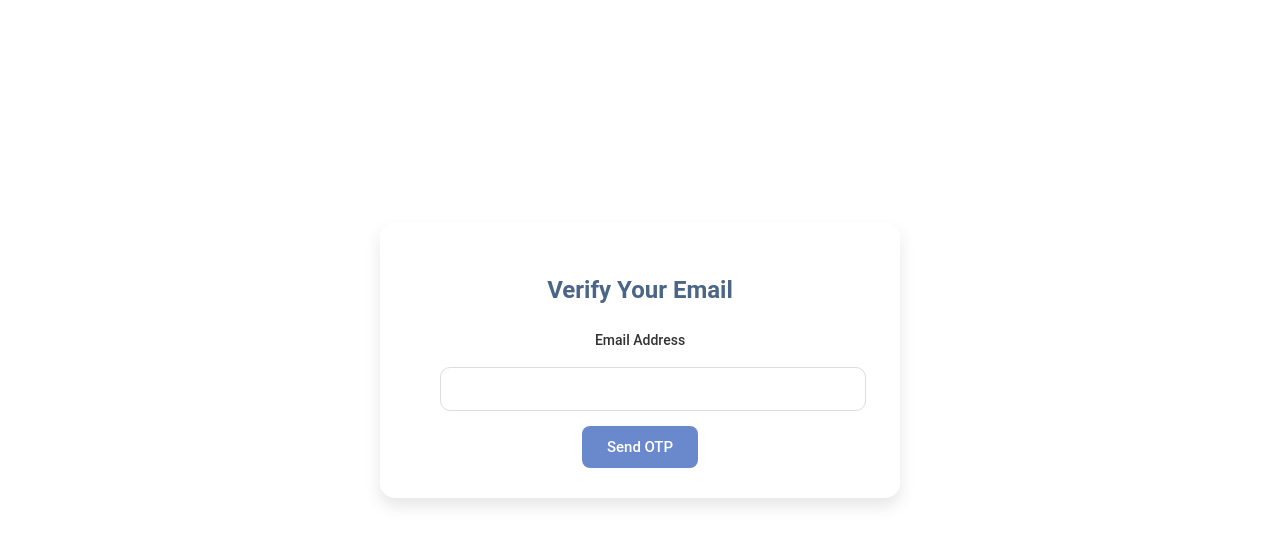
Repository: sarathraj2002/MockTest
Page: / (app in Frontend/)
These files come from the project's save history. The page is drawn as it stood at one moment and after the next save; the edit follows.
The browser window is 1280 px wide. The pictures show the whole page.
The project was rebuilt for these pictures with package versions that can differ from the ones it lists, and the page was loaded fresh each time. Also part of the build but not shown: Frontend/vite.config.js.

Above is the page before, as saved 2024-11-13 13:41:55.

### Frontend/index.html
<!doctype html>
<html lang="en">
  <head>
    <meta charset="UTF-8" />
    <link rel="icon" type="image/svg+xml" href="/vite.svg" />
    <meta name="viewport" content="width=device-width, initial-scale=1.0" />
    <title>MockTest</title>
  </head>
  <body>
    <div id="root"></div>
    <script type="module" src="/src/main.jsx"></script>
  </body>
</html>

### Frontend/src/App.jsx
import { useState } from 'react'
import './App.css'
import Otp from './components/Otp'

function App() {
  const [count, setCount] = useState(0)

  return (
    <>
      <Otp/>
    </>
  )
}

export default App

### Frontend/src/components/Otp.jsx
import React, { useState } from "react";
import axios from "axios";

// const Otp = () => {
//   const [step, setStep] = useState(1);
//   const [email, setEmail] = useState("");
//   const [otp, setOtp] = useState("");

//   const handleEmailSubmit = async (e) => {
//     e.preventDefault();
//     try {
//       const response = await axios.post("http://localhost:5000/api/send-otp", { email });
//       if (response.status === 200) {
//         alert("OTP sent to your email!");
//         setStep(2);
//       }
//     } catch (error) {
//       alert("Error sending OTP. Please try again.");
//     }
//   };

//   const handleOtpSubmit = async (e) => {
//     e.preventDefault();
//     try {
//       const response = await axios.post("http://localhost:5000/api/verify-otp", { email, otp });
//       if (response.data.success) {
//         alert("OTP verified! Redirecting to Welcome page...");
//         setStep(3);
//       } else {
//         alert("Invalid OTP. Please try again.");
//       }
//     } catch (error) {
//       alert("Error verifying OTP. Please try again.");
//     }
//   };



function Otp() {
    const [email, setEmail] = useState('');
    const [otp, setOtp] = useState('');
    const [step, setStep] = useState(1); // 1: Request OTP, 2: Verify OTP
    const [message, setMessage] = useState('');

    const requestOtp = async () => {
      try {
        const response = await axios.post('http://localhost:3000/api/send-otp', { email });
        setMessage(response.data.message);
        setStep(2);
      } catch (error) {
        setMessage(error.response?.data?.message || 'Error sending OTP');
      }
    };

    const verifyOtp = async () => {
      try {
        const response = await axios.post('http://localhost:3000/api/verify-otp', { email, otp });
        setMessage(response.data.message);
      } catch (error) {
        setMessage(error.response?.data?.message || 'Error verifying OTP');
      }
    };


  return (
    <div
      style={{
        maxWidth: "400px",
        margin: "auto",
        padding: "30px 60px",
        textAlign: "center",
        fontFamily: "'Roboto', sans-serif",
        background: "",
        borderRadius: "15px",
        boxShadow: "0 8px 16px rgba(0, 0, 0, 0.1)",
        color: "#333",
      }}
    >
      {step === 1 && (
        <form onClick={requestOtp}>
          <h2 style={{ marginBottom: "20px", color: "#4B6587" }}>Verify Your Email</h2>
          <label style={{ fontSize: "14px", fontWeight: "500" }}>Email Address</label>
          <input
            type="email"
            value={email}
            onChange={(e) => setEmail(e.target.value)}
            required
            style={{
              width: "100%",
              padding: "12px",
              margin: "15px 0",
              borderRadius: "10px",
              border: "1px solid #ddd",
              outline: "none",
              fontSize: "16px",
            }}
          />
          <button
            type="submit"
            style={{
              padding: "12px 25px",
              cursor: "pointer",
              backgroundColor: "#6a89cc",
              border: "none",
              borderRadius: "8px",
              color: "white",
              fontWeight: "500",
              fontSize: "15px",
              transition: "background 0.3s ease",
            }}
            onMouseOver={(e) => (e.target.style.backgroundColor = "#4a69bd")}
            onMouseOut={(e) => (e.target.style.backgroundColor = "#6a89cc")}
          >
            Send OTP
          </button>
        </form>
      )}

      {step === 2 && (
        <form onClick={verifyOtp}>
          <h2 style={{ marginBottom: "20px", color: "#4B6587" }}>Enter OTP</h2>
          <label style={{ fontSize: "14px", fontWeight: "500" }}>OTP Code</label>
          <input
            type="text"
            value={otp}
            onChange={(e) => setOtp(e.target.value)}
            required
            style={{
              width: "100%",
              padding: "12px",
              margin: "15px 0",
              borderRadius: "10px",
              border: "1px solid #ddd",
              outline: "none",
              fontSize: "16px",
            }}
          />
          <button
            type="submit"
            style={{
              padding: "12px 25px",
              cursor: "pointer",
              backgroundColor: "#38ada9",
              border: "none",
              borderRadius: "8px",
              color: "white",
              fontWeight: "500",
              fontSize: "15px",
              transition: "background 0.3s ease",
            }}
            onMouseOver={(e) => (e.target.style.backgroundColor = "#079992")}
            onMouseOut={(e) => (e.target.style.backgroundColor = "#38ada9")}
          >
            Verify OTP
          </button>
        </form>
      )}

      {step === 3 && (
        <div>
          <h2 style={{ marginBottom: "10px", color: "#38ada9" }}>🎉 Welcome! 🎉</h2>
          <p style={{ fontSize: "16px", fontWeight: "500", color: "#4B6587" }}>
            You have successfully verified your email.
          </p>
          <p style={{ fontSize: "14px", color: "#7f8c8d" }}>
            Thank you for using our service!
          </p>
        </div>
      )}
    </div>
  );
};

export default Otp;

Loaded but not shown: Frontend/src/main.jsx (common file); Frontend/src/index.css (common file); Frontend/src/App.css (common file)

After the next save:
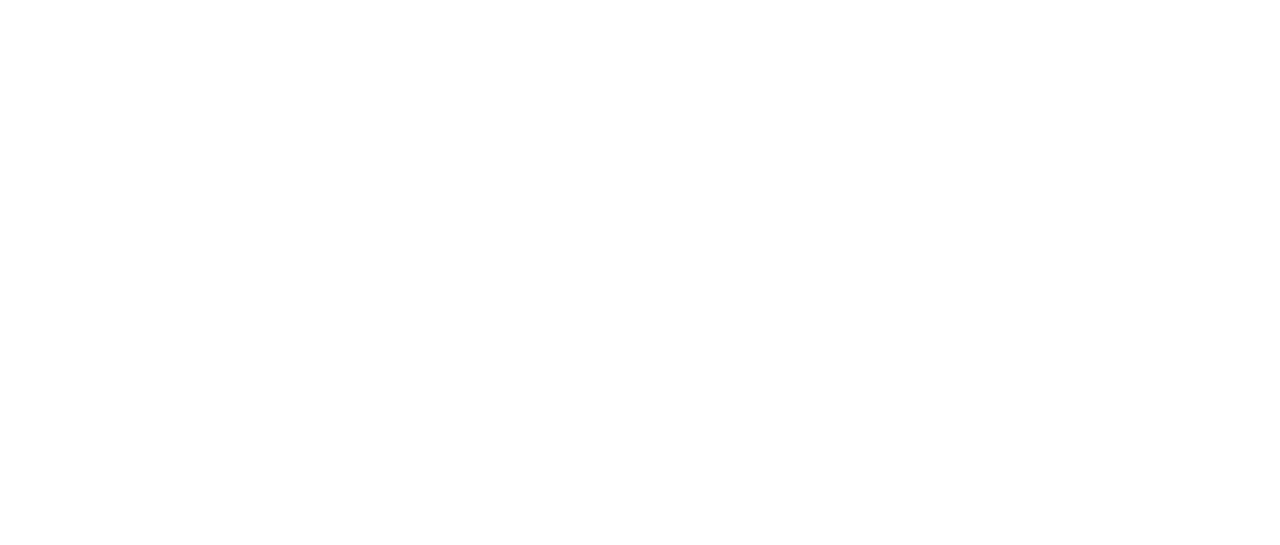
Console error: ReferenceError: handleEmailSubmit is not defined
Saved 16 s later.
--- a/Frontend/src/components/Otp.jsx
+++ b/Frontend/src/components/Otp.jsx
@@ -77,7 +77,7 @@
       }}
     >
       {step === 1 && (
-        <form onClick={requestOtp}>
+        <form onSubmit={handleEmailSubmit}>
           <h2 style={{ marginBottom: "20px", color: "#4B6587" }}>Verify Your Email</h2>
           <label style={{ fontSize: "14px", fontWeight: "500" }}>Email Address</label>
           <input
@@ -117,7 +117,7 @@
       )}
 
       {step === 2 && (
-        <form onClick={verifyOtp}>
+        <form onSubmit={handleOtpSubmit}>
           <h2 style={{ marginBottom: "20px", color: "#4B6587" }}>Enter OTP</h2>
           <label style={{ fontSize: "14px", fontWeight: "500" }}>OTP Code</label>
           <input

After the 2 saves that followed:
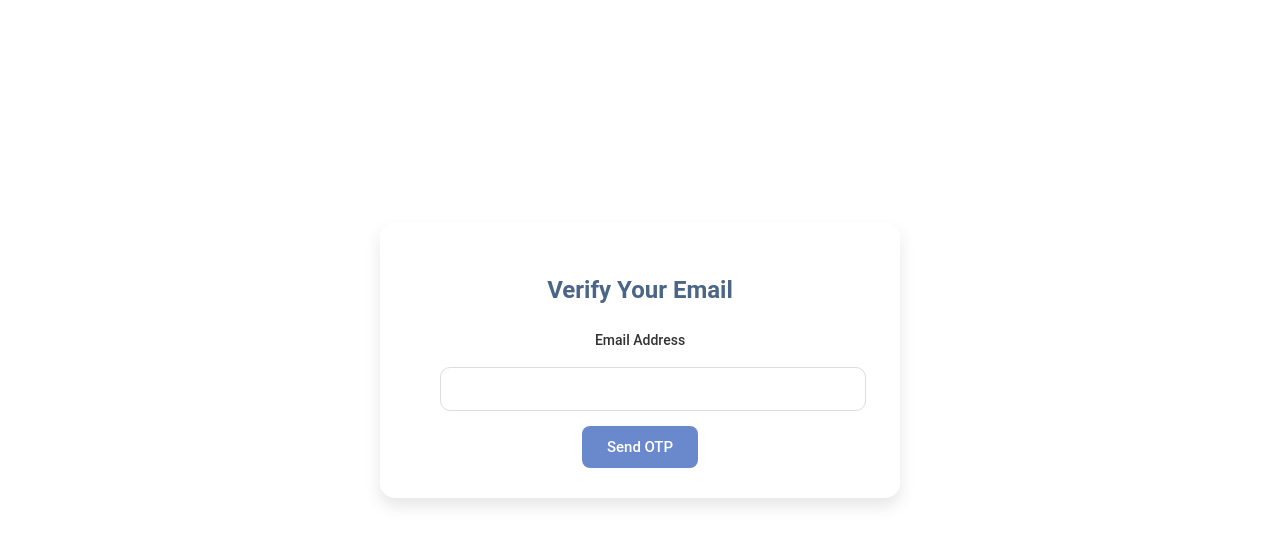
The error is gone.
The 2 saves are shown as one change because they came seconds apart.
The last was saved 7 s later.
--- a/Frontend/src/components/Otp.jsx
+++ b/Frontend/src/components/Otp.jsx
@@ -1,66 +1,38 @@
 import React, { useState } from "react";
 import axios from "axios";
 
-// const Otp = () => {
-//   const [step, setStep] = useState(1);
-//   const [email, setEmail] = useState("");
-//   const [otp, setOtp] = useState("");
+const Otp = () => {
+  const [step, setStep] = useState(1);
+  const [email, setEmail] = useState("");
+  const [otp, setOtp] = useState("");
 
-//   const handleEmailSubmit = async (e) => {
-//     e.preventDefault();
-//     try {
-//       const response = await axios.post("http://localhost:5000/api/send-otp", { email });
-//       if (response.status === 200) {
-//         alert("OTP sent to your email!");
-//         setStep(2);
-//       }
-//     } catch (error) {
-//       alert("Error sending OTP. Please try again.");
-//     }
-//   };
+  const handleEmailSubmit = async (e) => {
+    e.preventDefault();
+    try {
+      const response = await axios.post("http://localhost:5000/api/send-otp", { email });
+      if (response.status === 200) {
+        alert("OTP sent to your email!");
+        setStep(2);
+      }
+    } catch (error) {
+      alert("Error sending OTP. Please try again.");
+    }
+  };
 
-//   const handleOtpSubmit = async (e) => {
-//     e.preventDefault();
-//     try {
-//       const response = await axios.post("http://localhost:5000/api/verify-otp", { email, otp });
-//       if (response.data.success) {
-//         alert("OTP verified! Redirecting to Welcome page...");
-//         setStep(3);
-//       } else {
-//         alert("Invalid OTP. Please try again.");
-//       }
-//     } catch (error) {
-//       alert("Error verifying OTP. Please try again.");
-//     }
-//   };
-
-
-
-function Otp() {
-    const [email, setEmail] = useState('');
-    const [otp, setOtp] = useState('');
-    const [step, setStep] = useState(1); // 1: Request OTP, 2: Verify OTP
-    const [message, setMessage] = useState('');
-
-    const requestOtp = async () => {
-      try {
-        const response = await axios.post('http://localhost:3000/api/send-otp', { email });
-        setMessage(response.data.message);
-        setStep(2);
-      } catch (error) {
-        setMessage(error.response?.data?.message || 'Error sending OTP');
+  const handleOtpSubmit = async (e) => {
+    e.preventDefault();
+    try {
+      const response = await axios.post("http://localhost:5000/api/verify-otp", { email, otp });
+      if (response.data.success) {
+        alert("OTP verified! Redirecting to Welcome page...");
+        setStep(3);
+      } else {
+        alert("Invalid OTP. Please try again.");
       }
-    };
-
-    const verifyOtp = async () => {
-      try {
-        const response = await axios.post('http://localhost:3000/api/verify-otp', { email, otp });
-        setMessage(response.data.message);
-      } catch (error) {
-        setMessage(error.response?.data?.message || 'Error verifying OTP');
-      }
-    };
-
+    } catch (error) {
+      alert("Error verifying OTP. Please try again.");
+    }
+  };
 
   return (
     <div
